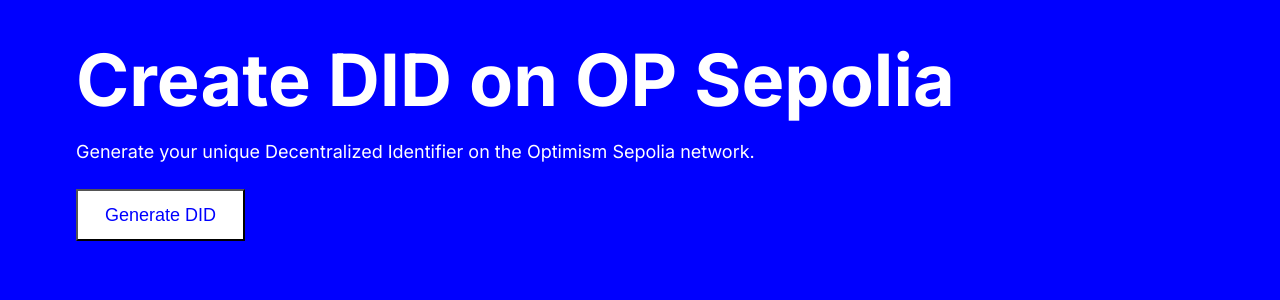
Repository: a7351220/ethr_did_demo
Page: /did/create
An editor plug-in stored every save of this project. The page is shown before and after the next save, followed by the edit.
The browser window is 1280 px wide. The pictures show the whole page.
The page's requests for data from a server got no answer. The project was rebuilt for these pictures with package versions that can differ from the ones it lists, and the page was loaded fresh each time. The framework's server and built-in components were replaced by stand-ins that run in the browser. No one was signed in, and anything a server would have sent is missing. Also part of the build but not shown: next.config.mjs.

Above is the page before, as saved 2024-07-09 22:14:56.

### src/app/did/create/page.tsx
// app/did/create/page.tsx
'use client';
import { useState } from 'react';
import { createDID } from '@/lib/didUtils';

export default function CreateDID() {
  const [did, setDid] = useState<string>('');
  const [privateKey, setPrivateKey] = useState<string>('');
  const [isLoading, setIsLoading] = useState<boolean>(false);
  const [error, setError] = useState<string | null>(null);

  const handleCreateDID = async () => {
    setIsLoading(true);
    setError(null);
    try {
      const result = await createDID();
      setDid(result.did);
      setPrivateKey(result.privateKey);
    } catch (err) {
      setError('Failed to create DID. Please check your network connection and try again.');
      console.error(err);
    } finally {
      setIsLoading(false);
    }
  };

  return (
    <div className="container">
      <h1 className="title">Create DID on OP Sepolia</h1>
      <p className="description">Generate your unique Decentralized Identifier on the Optimism Sepolia network.</p>
      <button
        className="cta-button primary"
        onClick={handleCreateDID}
        disabled={isLoading}
      >
        {isLoading ? 'Generating...' : 'Generate DID'}
      </button>
      {error && <p className="error">{error}</p>}
      {did && (
        <div className="result">
          <h2>Your DID:</h2>
          <p className="did-value">{did}</p>
          <h2>Your Private Key (Keep this secret!):</h2>
          <p className="private-key">{privateKey}</p>
          <p className="warning">
            Warning: Store this private key securely. It's required to control your DID.
          </p>
          <p className="info">
            This DID is created on the Optimism Sepolia network. To use it, you'll need some test ETH.
            You can get test ETH from the <a href="https://optifaucet.com/" target="_blank" rel="noopener noreferrer">Optimism faucet</a>.
          </p>
        </div>
      )}
    </div>
  );
}

### src/app/globals.css
:root {
  --primary-color: #0000ff;
  --secondary-color: #4040ff;
  --text-color: #ffffff;
  --font-size-base: 16px;
}

* {
  box-sizing: border-box;
  padding: 0;
  margin: 0;
}

html,
body {
  max-width: 100vw;
  overflow-x: hidden;
  font-family: -apple-system, BlinkMacSystemFont, Segoe UI, Roboto, Oxygen,
    Ubuntu, Cantarell, Fira Sans, Droid Sans, Helvetica Neue, sans-serif;
  font-size: var(--font-size-base);
  background-color: var(--primary-color);
  color: var(--text-color);
}

a {
  color: inherit;
  text-decoration: none;
}

.container {
  min-height: 100vh;
  padding: 2rem;
}

.hero {
  text-align: center;
  margin-bottom: 4rem;
}

.title {
  font-size: 4rem;
  margin-bottom: 1rem;
}

.subtitle {
  font-size: 2.5rem;
  margin-bottom: 0.5rem;
}

.description {
  font-size: 1rem;
  margin-bottom: 1.5rem;
}

.cta-buttons {
  display: flex;
  justify-content: center;
  gap: 1rem;
  flex-wrap: wrap;
}

.cta-button {
  padding: 0.75rem 1.5rem;
  font-size: 1rem;
  cursor: pointer;
  transition: background-color 0.3s ease;
}

.cta-button.primary {
  background-color: var(--text-color);
  color: var(--primary-color);
}

.cta-button.secondary {
  background-color: transparent;
  border: 2px solid var(--text-color);
  color: var(--text-color);
}

.features {
  display: grid;
  grid-template-columns: repeat(auto-fit, minmax(250px, 1fr));
  gap: 2rem;
  margin-top: 4rem;
}

.feature {
  background-color: var(--secondary-color);
  padding: 1.5rem;
  border-radius: 0.5rem;
}

.feature h3 {
  font-size: 1.5rem;
  margin-bottom: 0.5rem;
}

/* New styles for CreateDID and VerifyDID pages */
.input-group {
  display: flex;
  flex-direction: column;
  margin-bottom: 1rem;
}

.input {
  flex-grow: 1;
  padding: 0.5rem;
  font-size: 1rem;
  border: 1px solid var(--text-color);
  background-color: transparent;
  color: var(--text-color);
  margin-bottom: 1rem;
}

.result {
  margin-top: 2rem;
  padding: 1rem;
  background-color: rgba(255, 255, 255, 0.1);
  border-radius: 4px;
}

.result h2 {
  font-size: 1.2rem;
  margin-bottom: 0.5rem;
}

.did-value, .verify-result {
  font-family: monospace;
  word-break: break-all;
}

@media (min-width: 768px) {
  .hero {
    text-align: left;
  }

  .cta-buttons {
    justify-content: flex-start;
  }
}

@media (min-width: 1024px) {
  html {
    font-size: 18px;
  }

  .container {
    max-width: 1200px;
    margin: 0 auto;
  }
}

/* New styles for ChatDID page */
.chat-box {
  background-color: var(--secondary-color);
  padding: 1rem;
  border-radius: 8px;
  margin-top: 2rem;
}

.chat-history {
  margin-top: 1rem;
  max-height: 400px;
  overflow-y: auto;
}

.chat-message {
  background-color: rgba(255, 255, 255, 0.1);
  padding: 1rem;
  border-radius: 4px;
  margin-bottom: 0.5rem;
  word-break: break-word;
  display: flex;
  flex-direction: column;
}

.chat-message button {
  align-self: flex-end;
  background: none;
  border: none;
  color: var(--text-color);
  cursor: pointer;
  font-size: 0.9rem;
  margin-top: 0.5rem;
}

.details {
  margin-top: 0.5rem;
  background-color: rgba(0, 0, 0, 0.2);
  padding: 0.5rem;
  border-radius: 4px;
  word-break: break-word;
}

.chat-input {
  display: flex;
  align-items: center;
  margin-top: 1rem;
}

.chat-input .input {
  flex: 1;
  margin-right: 0.5rem;
}

.chat-input .cta-button {
  padding: 0.5rem 1rem;
  font-size: 1rem;
}

### src/lib/didUtils.ts
import { Resolver } from 'did-resolver';
import { getResolver as getEthrResolver } from 'ethr-did-resolver';
import { ethers } from 'ethers';
import { EthrDID } from 'ethr-did';

// Sepolia 配置
const providerConfig = {
  name: 'sepolia',
  chainId: 11155111,
  rpcUrl: `https://eth-sepolia.g.alchemy.com/v2/${process.env.NEXT_PUBLIC_ALCHEMY_API_KEY}`,
  registry: ethers.utils.getAddress('0x03d5003bf0e79C5F5223588F347ebA39AfbC3818') // ERC1056 registry address
};

const provider = new ethers.providers.JsonRpcProvider(providerConfig.rpcUrl);

// 创建解析器
const resolver = new Resolver({
  ...getEthrResolver(providerConfig),
});

// 定义 DIDDocument 类型
export type DIDDocument = {
  '@context': string | string[];
  id: string;
  [key: string]: any;
};

/**
 * 创建一个新的 DID
 * @returns 包含 DID 和私钥的对象
 */
export async function createDID(): Promise<{ did: string; privateKey: string }> {
  try {
    const wallet = ethers.Wallet.createRandom().connect(provider);
    const ethrDid = new EthrDID({
      identifier: wallet.address,
      privateKey: wallet.privateKey,
      provider,
      chainNameOrId: providerConfig.chainId
    });

    return {
      did: ethrDid.did,
      privateKey: wallet.privateKey
    };
  } catch (error) {
    console.error('Error creating DID:', error);
    throw new Error('Failed to create DID');
  }
}

/**
 * 注册 DID 文档
 * @param did - 要注册的 DID
 * @param privateKey - DID 控制者的私钥
 * @returns 交易哈希
 */
export async function registerDID(did: string, privateKey: string): Promise<string> {
  try {
    const wallet = new ethers.Wallet(privateKey, provider);
    const ethrDid = new EthrDID({
      identifier: wallet.address,
      privateKey: wallet.privateKey,
      provider,
      chainNameOrId: providerConfig.chainId
    });

    // 注册 DID 文档（例如设置一个初始属性）
    const tx = await ethrDid.setAttribute('did/pub/Ed25519/veriKey/base64', 'QfeDA3qVPvQWf9d4BE9tFh3Jxiz5V4XQ5Z3MiiKMXh8');
    await tx.wait();  // 等待交易被确认
    return tx.hash;
  } catch (error) {
    console.error('Error registering DID:', error);
    throw new Error('Failed to register DID');
  }
}

/**
 * 解析 DID 并返回 DID 文档
 * @param did - 要解析的 DID
 * @returns DID 文档或 null（如果解析失败）
 */
export async function resolveDID(did: string): Promise<DIDDocument | null> {
  try {
    const resolution = await resolver.resolve(did);
    return resolution.didDocument as DIDDocument;
  } catch (error) {
    console.error('Error resolving DID:', error);
    console.error('DID:', did);
    return null;
  }
}

/**
 * 验证 DID 格式是否正确
 * @param did - 要验证的 DID
 * @returns 布尔值，表示 DID 是否有效
 */
export function verifyDID(did: string): boolean {
  // 基本格式验证
  const didRegex = /^did:ethr:0x[a-fA-F0-9]{40}$/;
  return didRegex.test(did);
}

/**
 * 获取 DID 的以太坊地址
 * @param did - DID
 * @returns 以太坊地址或 null（如果格式不正确）
 */
export function getAddressFromDID(did: string): string | null {
  if (!verifyDID(did)) {
    return null;
  }
  return did.split(':')[2];
}

/**
 * 检查 DID 控制者的余额
 * @param did - DID
 * @returns 余额（以 wei 为单位）
 */
export async function checkDIDBalance(did: string): Promise<string> {
  const address = getAddressFromDID(did);
  if (!address) {
    throw new Error('Invalid DID format');
  }
  try {
    const balance = await provider.getBalance(address);
    return balance.toString();
  } catch (error) {
    console.error('Error checking DID balance:', error);
    throw new Error('Failed to check DID balance');
  }
}

/**
 * 为 DID 添加一个新的属性
 * @param did - DID
 * @param privateKey - DID 控制者的私钥
 * @param key - 属性键
 * @param value - 属性值
 * @returns 交易哈希
 */
export async function addDIDAttribute(did: string, privateKey: string, key: string, value: string): Promise<string> {
  try {
    const wallet = new ethers.Wallet(privateKey, provider);
    const ethrDid = new EthrDID({
      identifier: wallet.address,
      privateKey: wallet.privateKey,
      provider,
      chainNameOrId: providerConfig.chainId
    });
    const txHash = await ethrDid.setAttribute(key, value);
    await txHash.wait();  // 等待交易被确认
    return txHash.hash;
  } catch (error) {
    console.error('Error adding DID attribute:', error);
    throw new Error('Failed to add DID attribute');
  }
}

Loaded but not shown: src/app/layout.tsx (common file)

After the next save:
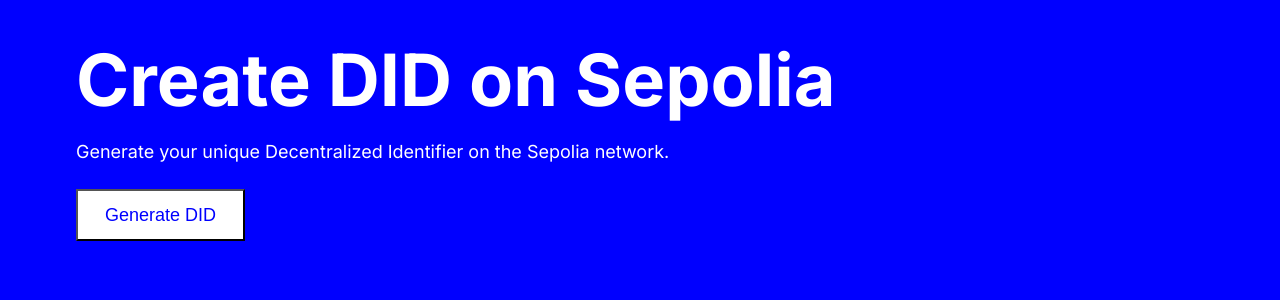
Saved 49 s later.
--- a/src/app/did/create/page.tsx
+++ b/src/app/did/create/page.tsx
@@ -1,4 +1,3 @@
-// app/did/create/page.tsx
 'use client';
 import { useState } from 'react';
 import { createDID } from '@/lib/didUtils';
@@ -26,8 +25,8 @@ export default function CreateDID() {
 
   return (
     <div className="container">
-      <h1 className="title">Create DID on OP Sepolia</h1>
-      <p className="description">Generate your unique Decentralized Identifier on the Optimism Sepolia network.</p>
+      <h1 className="title">Create DID on Sepolia</h1>
+      <p className="description">Generate your unique Decentralized Identifier on the Sepolia network.</p>
       <button
         className="cta-button primary"
         onClick={handleCreateDID}
@@ -45,10 +44,6 @@ export default function CreateDID() {
           <p className="warning">
             Warning: Store this private key securely. It's required to control your DID.
           </p>
-          <p className="info">
-            This DID is created on the Optimism Sepolia network. To use it, you'll need some test ETH.
-            You can get test ETH from the <a href="https://optifaucet.com/" target="_blank" rel="noopener noreferrer">Optimism faucet</a>.
-          </p>
         </div>
       )}
     </div>
